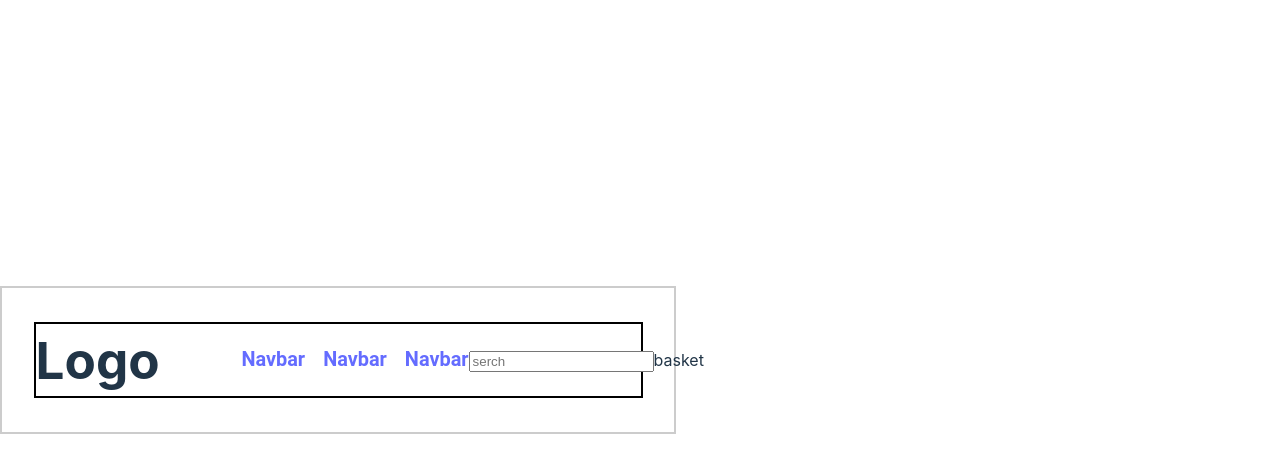
Repository: Islam432/Islam-and-Arsi---team
Page: /
These files come from the project's save history. The page is drawn as it stood at one moment and after the next save; the edit follows.
The browser window is 1280 px wide. The pictures show the whole page.
The project was rebuilt for these pictures with package versions that can differ from the ones it lists, and the page was loaded fresh each time. Also part of the build but not shown: vite.config.js, src/App.css.

Above is the page before, as saved 2023-03-09 23:13:36.

### src/main.jsx
import React from "react";
import ReactDOM from "react-dom/client";
import App from "./App";
import "./index.css";
import { BrowserRouter } from "react-router-dom";


ReactDOM.createRoot(document.getElementById("root")).render(
  <React.StrictMode>

      <BrowserRouter>
        <App />
      </BrowserRouter>

  </React.StrictMode>
);

### src/App.jsx
import { useState } from "react";
import reactLogo from "./assets/react.svg";
import "./App.css";
import { Route, Routes } from "react-router-dom";
import { Layout } from "./components/Layout";

function App() {
  return (

    <Layout>  <Routes>
    <Route path="/" />
    <Route path="/" />
  </Routes></Layout>

  );
}

export default App;

### src/components/Layout/index.jsx
import React from 'react'
import { Navbar } from '../Navbar/Navbar'

export const Layout = ({children}) => {
  return (
  <>
 <Navbar/>
  <main>{children}</main>
  </>
  )
}

### src/components/Navbar/Navbar.jsx
import React from "react";
import { NavLink } from "react-router-dom";
import styles from "./Navbar.module.css";

export const Navbar = () => {
  return (
    <div className={styles.cont}>
      <div className={styles.allnav}>
        <h1>Logo</h1>

        <div className={styles.navbar}>
          <NavLink className={styles.NavLink}>
            <h3>Navbar</h3>
          </NavLink>
          <NavLink>
            <h3>Navbar</h3>
          </NavLink>
          <NavLink>
            <h3>Navbar</h3>
          </NavLink>
          <NavLink>
            <h3>Navbar</h3>
          </NavLink>
        </div>

        <div className={styles.inputblok}>
          <input type="text" placeholder="serch" />
        </div>

        <div>basket</div>
      </div>
    </div>
  );
};

### src/components/Navbar/Navbar.module.css
.cont {
  display: flex;
  align-items: center;
  justify-content: center;
  height: 20vh;
  background: #ffffff;
  border: 2px solid #ccc;
}

.allnav {
  display: flex;
  align-items: center;
  justify-content: space-around;
  width: 90%;
  height: 10vh;
  border: 2px solid black;
}
.navbar {
  display: flex;
  justify-content: space-around;
  align-items: center;
  gap: 18px;

  font-family: Roboto;
  font-style: Bold;
  font-size: 17px;

}
.NavLink{
    text-decoration: none;
    color: white;
}

Loaded but not shown: index.html (common file); src/index.css (common file)

After the next save:
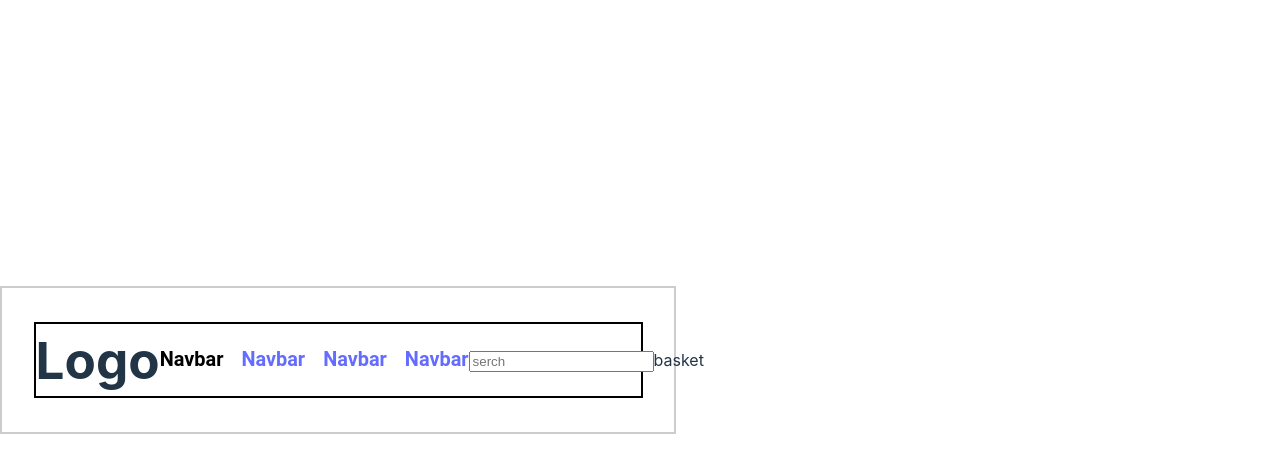
Saved 6 s later.
--- a/src/components/Navbar/Navbar.module.css
+++ b/src/components/Navbar/Navbar.module.css
@@ -28,5 +28,5 @@
 }
 .NavLink{
     text-decoration: none;
-    color: white;
+    color: rgb(0, 0, 0);
 }
